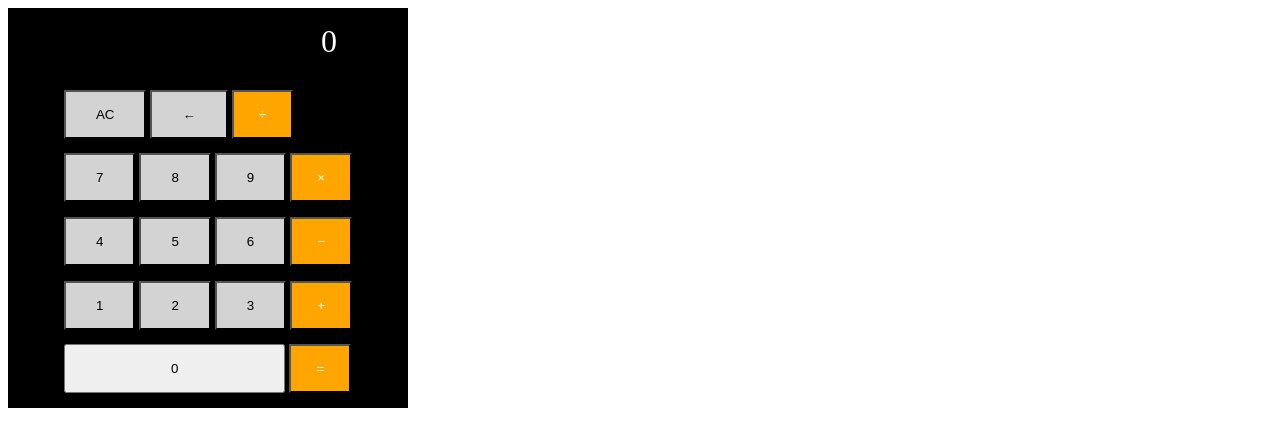
Repository: KaylaDamons/LAB-calculator
Page: index.html
The author's editor kept a copy of each file at every save. The page is drawn from the files as they stood at one save, then again after the next save.
The browser window is 1280 px wide. The pictures show the whole page.

Above is the page before, as saved 2024-01-13 19:55:03.

### index.html
<!DOCTYPE html>
<html lang="en">
<head>
  <meta charset="UTF-8">
  <meta name="viewport" content="width=device-width, initial-scale=1.0">
  <title>Calculator</title>

</head>
<body>
  <div class="wrapper">
    <div class="sumbar">
      0
    </div>
      <div class="clearbutton">
       <button class="button clear">AC</button>
       <button class="button delete">&#8592</button>
       <button class="symbol divide">&#247</button>
    </div>

    <div class="buttonrow1">
      <button class="button">7</button>
      <button class="button">8</button>
      <button class="button">9</button>
      <button class="symbol times">&#215</button>
    </div>

    <div class="buttonrow2">
      <button class="button">4</button>
      <button class="button">5</button>
      <button class="button">6</button>
      <button class="symbol minus">&#8722</button>
    </div>

    <div class="buttonrow3">
      <button class="button">1</button>
      <button class="button">2</button>
      <button class="button">3</button>
      <button class="symbol plus">&#43</button>
    </div>

    <div class="buttonrow4">
      <button class="buttonzero">0</button>
      <button class="symbol equals">&#61</button>
    </div>

  </div>




  <link rel="stylesheet" href="main.css">
</body>
<script src="main.js"></script>
</html>

### main.css

 .wrapper {
  display: grid;
  flex-wrap: wrap;
  flex-direction: row;
  background-color:black;
  justify-content: center;
  width: 400px;
  height: 400px;
 }


.sumbar {
 background-color:black;
 text-align: right;
 color:white;
 padding-inline-start: 0%;
 padding:15px;
 font-size: 32px;
}

.symbol {
  background-color: orange;
  padding-inline-start: 0%;
  color:white;
  padding:15px 25px;
}
.button {
  background-color:lightgray;
  padding-inline-start: 0%;
  padding:15px 30px;
}
.buttonzero {
  padding: 15px 105px;
}
.clearbuttton{
  padding: 15px 50px;
}

### main.js
console.log("calculator");

After the next save:
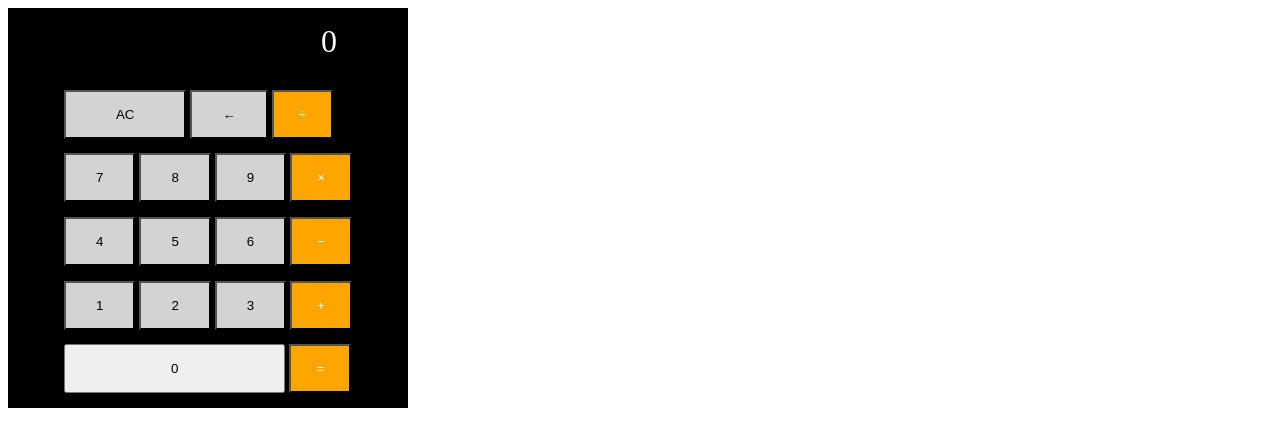
Saved 41 s later.
--- a/main.css
+++ b/main.css
@@ -33,6 +33,6 @@
 .buttonzero {
   padding: 15px 105px;
 }
-.clearbuttton{
+.clear {
   padding: 15px 50px;
 }
